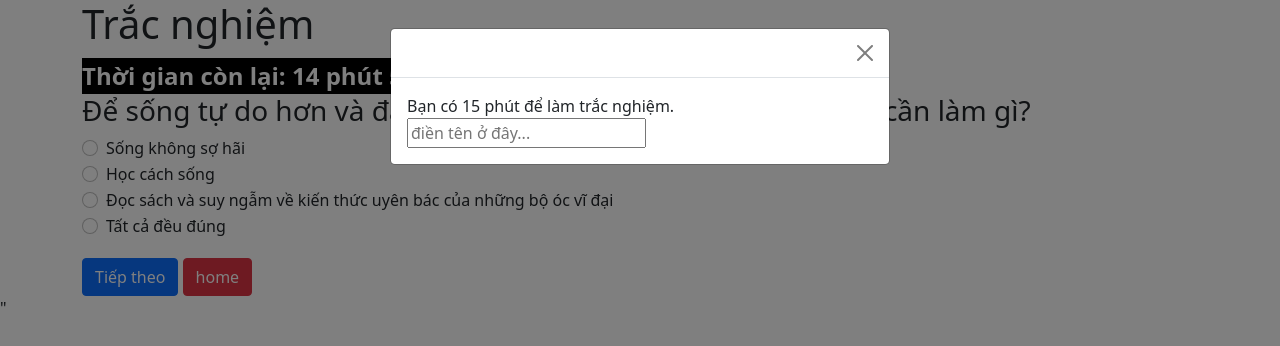
Repository: tran-thien-nhan/quiz_tlln
Page: daily_stoic_quiz.html
An editor plug-in stored every save of this project. The page is shown before and after the next save, followed by the edit.
The browser window is 1280 px wide. The pictures show the whole page.

Above is the page before, as saved 2023-06-25 20:49:27.

### daily_stoic_quiz.html
<!DOCTYPE html>
<html lang="en">

<head>
    <meta charset="UTF-8">
    <meta name="viewport" content="width=device-width, initial-scale=1.0">
    <title>Trắc nghiệm</title>
    <link rel="stylesheet" href="https://cdnjs.cloudflare.com/ajax/libs/bootstrap/5.0.2/css/bootstrap.min.css">
    <style>
        .question {
            margin-bottom: 20px;
        }
    </style>
</head>

<body>
    <div class="container">
        <h1>Trắc nghiệm</h1>
        <div id="timeclock"></div>
        <div class="question" id="questionContainer">
            <h3 id="question"></h3>
            <img src="" alt="" id="image" style="display: none; width: 20rem; height: 10rem;"> <!-- Thêm thẻ <img> để hiển thị hình ảnh -->
            <div class="form-check">
                <input class="form-check-input" type="radio" name="answer" id="answer1">
                <label class="form-check-label" for="answer1" id="answerText1"></label>
            </div>
            <div class="form-check">
                <input class="form-check-input" type="radio" name="answer" id="answer2">
                <label class="form-check-label" for="answer2" id="answerText2"></label>
            </div>
            <div class="form-check">
                <input class="form-check-input" type="radio" name="answer" id="answer3">
                <label class="form-check-label" for="answer3" id="answerText3"></label>
            </div>
            <div class="form-check">
                <input class="form-check-input" type="radio" name="answer" id="answer4">
                <label class="form-check-label" for="answer4" id="answerText4"></label>
            </div>
            <span id="result"></span>
        </div>

        <button class="btn btn-primary" id="nextButton">Tiếp theo</button>
        <span id="score"></span>
        <a href="index.html" class="btn btn-danger" id="home">home</a>
    </div>

    <!-- Modal -->
    <div class="modal fade" id="myModal" tabindex="-1" aria-labelledby="exampleModalLabel" aria-hidden="true">
        <div class="modal-dialog">
            <div class="modal-content">
                <div class="modal-header">
                    <button type="button" class="btn-close" data-bs-dismiss="modal" aria-label="Close"></button>
                </div>
                <div class="modal-body">
                    Bạn có 15 phút để làm trắc nghiệm.
                    <input type="text" id="userNameInput" placeholder="điền tên ở đây...">
                </div>
            </div>
        </div>
    </div>

    <script src="https://cdnjs.cloudflare.com/ajax/libs/bootstrap/5.0.2/js/bootstrap.bundle.min.js"></script>
    <script>
        // Đọc câu hỏi từ tệp JSON
        fetch("daily_stoic.json")
            .then(response => response.json())
            .then(data => {
                const questions = data.questions;

                // Lấy ngẫu nhiên 20 câu hỏi
                const randomQuestions = getRandomElements(questions, 3);

                let currentQuestionIndex = 0;
                let score = 0;
                let timeRemaining = 900; // 15 phút * 60 giây = 900 giây

                const questionContainer = document.getElementById("questionContainer");
                const questionElement = document.getElementById("question");
                const imageElement = document.getElementById("image");
                const answerTextElements = [
                    document.getElementById("answerText1"),
                    document.getElementById("answerText2"),
                    document.getElementById("answerText3"),
                    document.getElementById("answerText4")
                ];
                const resultElement = document.getElementById("result");
                const nextButton = document.getElementById("nextButton");
                const scoreElement = document.getElementById("score");

                // Cập nhật câu hỏi và câu trả lời
                function updateQuestion() {
                    const question = randomQuestions[currentQuestionIndex];
                    questionElement.textContent = question.question;
                    resultElement.textContent = "";

                    // Kiểm tra xem câu hỏi có hình ảnh hay không
                    if (question.hasOwnProperty("image") && question.image !== "") {
                        imageElement.style.display = "block"; // Hiển thị thẻ <img>
                        imageElement.src = question.image; // Đặt đường dẫn hình ảnh
                    } else {
                        imageElement.style.display = "none"; // Ẩn thẻ <img> nếu không có hình ảnh
                    }

                    for (let i = 0; i < answerTextElements.length; i++) {
                        answerTextElements[i].textContent = question.choices[i];
                    }
                }

                // Kiểm tra câu trả lời
                function checkAnswer() {
                    const question = randomQuestions[currentQuestionIndex];
                    const selectedAnswer = document.querySelector('input[name="answer"]:checked');

                    if (selectedAnswer) {
                        const selectedAnswerText = selectedAnswer.nextElementSibling.textContent;

                        if (selectedAnswerText === question.correctAnswer) {
                            score += 1;
                            resultElement.textContent = "Đúng";
                            resultElement.style.color = "green";
                        } else {
                            resultElement.textContent = "Sai";
                            resultElement.style.color = "red";
                        }

                        setTimeout(() => {
                            currentQuestionIndex++;

                            if (currentQuestionIndex < randomQuestions.length) {
                                updateQuestion();
                                selectedAnswer.checked = false;
                                nextButton.disabled = true;
                                setTimeout(() => {
                                    nextButton.disabled = false;
                                }, 200);
                            } else {
                                clearInterval(timerInterval);
                                questionContainer.style.display = "none";
                                nextButton.style.display = "none";
                                const finalScore = (score / randomQuestions.length) * 10;
                                scoreElement.textContent = `Tổng điểm: ${finalScore.toFixed(1)}`;
                                scoreElement.style.display = "block";
                                scoreElement.style.fontWeight = "bold";

                                if (finalScore > 5) {
                                    scoreElement.style.color = "green"; // Màu xanh lá cây nếu tổng điểm lớn hơn 5
                                } else {
                                    scoreElement.style.color = "red"; // Màu đỏ nếu tổng điểm nhỏ hơn hoặc bằng 5
                                }

                                scoreElement.style.fontSize = "2rem";

                                if (timeRemaining === 0) {
                                    questionContainer.style.display = "none";
                                    nextButton.style.display = "none";
                                } else {
                                    questionContainer.style.display = "none";
                                    nextButton.style.display = "none";
                                    const minutes = Math.floor((15 * 60 - timeRemaining) / 60);
                                    const seconds = (15 * 60 - timeRemaining) % 60;
                                    timerElement.textContent = `Bạn đã làm xong trong: ${minutes} phút ${seconds} giây`;
                                    timerElement.style.backgroundColor = "white";
                                    timerElement.style.color = "black";
                                }
                            }
                        }, 200);
                    }
                }

                // Xử lý sự kiện khi nhấn nút "Tiếp theo"
                nextButton.addEventListener("click", () => {
                    checkAnswer();
                });

                // Bắt đầu trắc nghiệm
                updateQuestion();

                // Đồng hồ đếm ngược
                const timerElement = document.createElement("div");
                timerElement.style.fontSize = "24px";
                timerElement.style.fontWeight = "bold";
                timerElement.style.marginTop = "10px";
                timerElement.style.textAlign = "center";
                timerElement.style.color = "white";
                timerElement.style.backgroundColor = "black";
                timerElement.style.width = "fit-content";
                timeclock.appendChild(timerElement);

                const timerInterval = setInterval(() => {
                    timeRemaining--;
                    const minutes = Math.floor(timeRemaining / 60);
                    const seconds = timeRemaining % 60;
                    timerElement.textContent = `Thời gian còn lại: ${minutes} phút ${seconds} giây`;

                    if (timeRemaining === 0) {
                        clearInterval(timerInterval);
                        questionContainer.style.display = "none";
                        nextButton.style.display = "none";
                        const finalScore = (score / randomQuestions.length) * 10;
                        scoreElement.textContent = `Tổng điểm: ${finalScore.toFixed(1)}`;
                        scoreElement.style.display = "block";
                        scoreElement.style.fontWeight = "bold";
                        scoreElement.style.color = "red";
                        scoreElement.style.fontSize = "2rem";
                    }
                }, 1000);

                // Hiển thị modal thông báo
                const modal = new bootstrap.Modal(document.getElementById("myModal"));
                modal.show();

                // Tự động đóng modal sau 3 giây
                setTimeout(() => {
                    modal.hide();
                }, 20000);
            })
            .catch(error => {
                console.error("Error:", error);
            });

        // Hàm lấy ngẫu nhiên các phần tử từ một mảng
        function getRandomElements(array, numElements) {
            const shuffledArray = array.sort(() => Math.random() - 0.5);
            return shuffledArray.slice(0, numElements);
        }
    </script>
</body>

</html>"

### daily_stoic.json
{
    "questions": [
      {
        "question": "Công việc quan trọng hàng đầu trong đời là gì?",
        "image": "",
        "choices": [
          "Nhận diện và phân biệt được những vấn đề",
          "Kiểm soát yếu tố ngoại cảnh",
          "Quyết định cho chính mình",
          "Thay đổi tương lai"
        ],
        "correctAnswer": "Nhận diện và phân biệt được những vấn đề"
      },
      {
        "question": "Theo Epictetus, nhận diện tốt xấu là để nhận diện điều gì?",
        "image": "",
        "choices": [
          "Nhận diện tốt xấu của người khác",
          "Nhận diện tốt xấu của yếu tố ngoại cảnh",
          "Nhận diện tốt xấu cho quyết định của chính mình",
          "Nhận diện tốt xấu của tương lai"
        ],
        "correctAnswer": "Nhận diện tốt xấu cho quyết định của chính mình"
      },
      {
        "question": "Công việc quan trọng nhất trong việc thực hành Chủ nghĩa Khắc kỷ là gì?",
        "image": "",
        "choices": [
          "Phân biệt những thứ không thể thay đổi và những thứ có thể thay đổi",
          "Chỉ phân biệt những thứ có thể thay đổi",
          "Kiểm soát những thứ nằm ngoài tầm kiểm soát",
          "Thay đổi tương lai"
        ],
        "correctAnswer": "Phân biệt những thứ không thể thay đổi và những thứ có thể thay đổi"
      },
      {
        "question": "Điều gì là không thể thay đổi và không thể kiểm soát?",
        "image": "",
        "choices": [
          "Thời tiết, chiều cao",
          "Quốc gia sinh ra, sự thích hợp của người khác",
          "Điều kiện gia đình, tuổi tác",
          "cả 3 điều trên"
        ],
        "correctAnswer": "cả 3 điều trên"
      },
      {
        "question": "Lời nguyện An tĩnh được nhắm đến việc gì?",
        "image": "",
        "choices": [
          "Nhận diện được những điều không thể thay đổi",
          "Nhận diện được những điều có thể thay đổi",
          "Nhận diện được hai điều trên",
          "Nhận diện được tương lai"
        ],
        "correctAnswer": "Nhận diện được hai điều trên"
      },
      {
        "question": "Người nghiện ngập ở hiện tại có thể thay đổi được điều gì?",
        "image": "",
        "choices": [
          "Quá khứ, lựa chọn của mình",
          "Qúa khứ, tương lai",
          "Tương lai, sức mạnh hiện tại",
          "Quá khứ, hiện tại"
        ],
        "correctAnswer": "Tương lai, sức mạnh hiện tại"
      },
      {
        "question": "Điều gì sẽ xảy ra nếu chúng ta tập trung vào việc xác định những thứ nằm trong và ngoài tầm kiểm soát của bản thân?",
        "image": "",
        "choices": [
          "Chúng ta sẽ trở nên hạnh phúc hơn",
          "Chúng ta sẽ có lợi thế hơn so với những người đấu tranh trong vô vọng",
          "Chúng ta sẽ đấu tranh trong vô vọng",
          "Chúng ta sẽ tìm ra sự thay đổi"
        ],
        "correctAnswer": "Chúng ta sẽ có lợi thế hơn so với những người đấu tranh trong vô vọng"
      },
      {
        "question": "Thành quả của việc thực hiện theo lời dạy của epictetus là gì trong GIÁO DỤC LÀ TỰ DO ?",
        "image": "",
        "choices": [
          "Sự thanh thản",
          "Lòng dũng cảm",
          "Sự tự do",
          "Tất cả đều đúng"
        ],
        "correctAnswer": "Tất cả đều đúng"
      },
      {
        "question": "Đặt niềm tin vào ai trong việc được giáo dục đúng cách?",
        "image": "",
        "choices": [
          "Kẻ tự do",
          "Những người trân quý kiến thức thật sự",
          "Số đông",
          "Tất cả đều sai"
        ],
        "correctAnswer": "Những người trân quý kiến thức thật sự"
      },
      {
        "question": "Để sống tự do hơn và đạt được trạng thái bình yên, chúng ta cần làm gì?",
        "image": "",
        "choices": [
          "Sống không sợ hãi",
          "Học cách sống",
          "Đọc sách và suy ngẫm về kiến thức uyên bác của những bộ óc vĩ đại",
          "Tất cả đều đúng"
        ],
        "correctAnswer": "Tất cả đều đúng"
      },
      {
        "question": "Việc tự học và tiếp thu kiến thức được coi như chìa khóa dẫn đến điều gì?",
        "image": "",
        "choices": [
          "Tự do",
          "Kiến thức",
          "Sự uyên bác",
          "Trạng thái bình yên"
        ],
        "correctAnswer": "Tự do"
      },
      {
        "question": "Điều gì sẽ xảy ra nếu chúng ta không nhận thức được những gì mình đã đánh mất?",
        "image": "",
        "choices": [
          "Chúng ta sẽ sống bình thường",
          "Chúng ta sẽ chết dần chết mòn",
          "Chúng ta sẽ tìm lại được những gì đã mất",
          "Chúng ta sẽ hối tiếc"
        ],
        "correctAnswer": "Chúng ta sẽ chết dần chết mòn"
      },
      {
        "question": "Trước những thứ không quan trọng, chúng ta nên làm gì để lấy lại chút thời gian?",
        "image": "",
        "choices": [
          "Nói 'Không'",
          "Tham gia với số đông",
          "Tự hỏi làm sao để kiểm soát kỹ",
          "Hối tiếc về những điều đã làm"
        ],
        "correctAnswer": "Nói 'Không'"
      },
      {
        "question": "Nói 'Không' trước những thứ không quan trọng có thể gây hại đến ai?",
        "image": "",
        "choices": [
          "Bản thân chúng ta",
          "Những người khác",
          "Không có ai",
          "Chúng ta sẽ cảm thấy tổn thương"
        ],
        "correctAnswer": "Những người khác"
      },
      {
        "question": "Việc từ chối những thứ không quan trọng cho phép chúng ta có thời gian cho điều gì?",
        "image": "",
        "choices": [
          "Những điều thật sự cần thiết",
          "Sống và tận hưởng cuộc sống của chính mình",
          "Cuộc sống bình thường",
          "Đạt được thành công"
        ],
        "correctAnswer": "Sống và tận hưởng cuộc sống của chính mình"
      },
      {
        "question": "Ba nguyên tắc quan trọng nhất trong triết lý Khắc kỷ là gì?",
        "image": "",
        "choices": [
          "Nhận thức, hành động, ý chí",
          "Chắc chắn, hành động, biết ơn",
          "Kiểm soát nhận thức, hành động đúng đắn, sẵn lòng chấp nhận",
          "Kiểm soát, hành động, triết lý"
        ],
        "correctAnswer": "Kiểm soát nhận thức, hành động đúng đắn, sẵn lòng chấp nhận"
      },
      {
        "question": "Theo triết lý Khắc kỷ, điều gì là thiết yếu trong việc kiểm soát nhận thức của bạn?",
        "image": "",
        "choices": [
          "Niềm tin độc đáo của các nhà Khắc kỷ",
          "Triết lý của Heraclitus và Zeno",
          "Sự phán xét ở thời điểm hiện tại",
          "Ý chí và ý thức của bản thân"
        ],
        "correctAnswer": "Sự phán xét ở thời điểm hiện tại"
      },
      {
        "question": "Hành động một cách đúng đắn là một trong ba phần thiết yếu của triết lý Khắc kỷ. Điều gì được ám chỉ bởi việc hành động đúng đắn?",
        "image": "",
        "choices": [
          "Tìm hiểu về Heraclitus và Zeno",
          "Đạt được sự phán xét chắc chắn",
          "Hành động vì lợi ích chung trong thời điểm hiện tại",
          "Thể hiện triết lý của các nhà Khắc kỷ"
        ],
        "correctAnswer": "Hành động vì lợi ích chung trong thời điểm hiện tại"
      },
      {
        "question": "Điều gì là sự chuẩn bị tinh thần quan trọng để chấp nhận những gì ngoài tầm kiểm soát của bạn?",
        "image": "",
        "choices": [
          "Sự biết ơn với mọi điều bạn đã nhận được",
          "Sự tận hưởng cuộc sống hàng ngày",
          "Ý chí và ý thức của bản thân",
          "Sự phán xét ở thời điểm hiện tại"
        ],
        "correctAnswer": "Sự biết ơn với mọi điều bạn đã nhận được"
      },
      {
        "question": "Bạn đến sân bay muộn và chuyến bay của bạn đã cất cánh. Bạn rất tức giận vì đã bỏ lỡ chuyến bay. Bạn nên làm gì?",
        "image": "",
        "choices": [
          "Gào thét vào mặt nhân viên đại diện của hãng hàng không",
          "Ngồi lại và suy nghĩ về những điều bạn có thể kiểm soát",
          "Hủy bỏ hành trình và trở về nhà",
          "Buồn bã và căng thẳng trong suốt cả ngày"
        ],
        "correctAnswer": "Ngồi lại và suy nghĩ về những điều bạn có thể kiểm soát"
      },
      {
        "question": "Bạn muốn thay đổi chiều cao của mình và nước sống ở một đất nước khác. Bạn nên làm gì?",
        "image": "",
        "choices": [
          "Cố gắng ước mơ và thay đổi chiều cao của mình",
          "Đau khổ vì không thể thay đổi điều đó",
          "Tìm hiểu về các phương pháp tăng chiều cao và di cư",
          "Chấp nhận chiều cao của mình và tận hưởng cuộc sống hiện tại"
        ],
        "correctAnswer": "Chấp nhận chiều cao của mình và tận hưởng cuộc sống hiện tại"
      },
      {
        "question": "Bạn muốn có một người bạn đồng hành và thích bạn. Bạn nên làm gì?",
        "image": "",
        "choices": [
          "Cố gắng làm cho người đó thích bạn",
          "Đau khổ vì không thể khiến người đó thích bạn",
          "Tự thay đổi và cải thiện bản thân để thu hút người khác",
          "Chấp nhận sự thật rằng không thể khiến một người thích mình"
        ],
        "correctAnswer": "Tự thay đổi và cải thiện bản thân để thu hút người khác"
      },
      {
        "question": "Bạn đã trải qua quá khứ đau khổ và gặp rắc rối trong cuộc sống. Bạn nên làm gì?",
        "image": "",
        "choices": [
          "Mắc kẹt trong quá khứ và không thể thay đổi điều đó",
          "Ngồi lại suy nghĩ về quá khứ và phàn nàn",
          "Chấp nhận quá khứ và tập trung vào tương lai",
          "Buồn bã và cảm thấy vô vọng"
        ],
        "correctAnswer": "Chấp nhận quá khứ và tập trung vào tương lai"
      },
      {
        "question": "Theo ý kiến của Seneca, điều gì là nguyên nhân khiến con người trở nên điên dại?",
        "image": "",
        "choices": [
          "Quan điểm sai lệch về những thứ mà họ hướng tới",
          "Sự việc mà họ muốn đạt được",
          "Không có kế hoạch từ đầu đến cuối",
          "Tâm trạng chán nản"
        ],
        "correctAnswer": "Quan điểm sai lệch về những thứ mà họ hướng tới"
      },
      {
        "question": "Theo Robert Greene, việc lập kế hoạch từ đầu đến cuối có tác dụng gì?",
        "image": "",
        "choices": [
          "Tránh choáng ngợp bởi hoàn cảnh",
          "Đạt được kết quả tốt nhất",
          "Đảm bảo sự thành công",
          "Hạn chế thất bại"
        ],
        "correctAnswer": "Tránh choáng ngợp bởi hoàn cảnh"
      },
      {
        "question": "Thói quen thứ hai trong 7 Thói quen của người thành đạt là gì?",
        "image": "",
        "choices": [
          "Bắt đầu với một cái kết trong tâm trí",
          "Lập kế hoạch chi tiết từ đầu đến cuối",
          "Hình dung ra cái kết trong đầu",
          "Đặt mục tiêu cụ thể"
        ],
        "correctAnswer": "Bắt đầu với một cái kết trong tâm trí"
      },
      {
        "question": "Theo nhà Khắc kỷ, sự lạc lối và hỗn loạn trong hành vi xảy ra khi?",
        "image": "",
        "choices": [
          "Không có những nỗ lực hướng vào nguyên nhân và mục đích",
          "Quá tập trung vào kế hoạch từ đầu đến cuối",
          "Chịu trách nhiệm với những xao nhãng trong tâm hồn",
          "Không biết khi nào nói có và khi nào nói không"
        ],
        "correctAnswer": "Không có những nỗ lực hướng vào nguyên nhân và mục đích"
      },
      {
        "question": "khi mất đi sự định nghĩa, con người có thể bị lạc lối vào phương hướng nào?",
        "image": "",
        "choices": [
          "Phương hướng vô định",
          "Phương hướng cụ thể",
          "Phương hướng chính xác",
          "Phương hướng sáng suốt"
        ],
        "correctAnswer": "Phương hướng vô định"
      }
    ]
  }

After the next save:
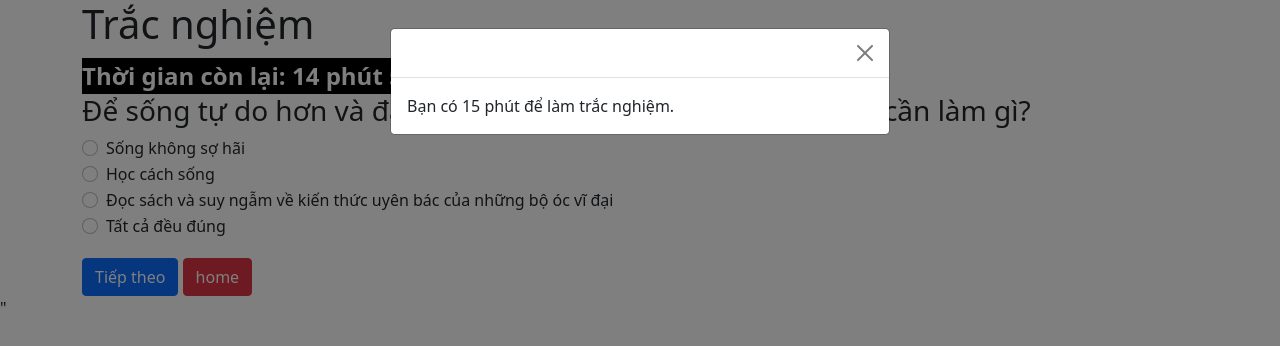
Console error: TypeError: Cannot read properties of null (reading 'addEventListener')
Saved 71 s later.
--- a/daily_stoic_quiz.html
+++ b/daily_stoic_quiz.html
@@ -16,10 +16,12 @@
 <body>
     <div class="container">
         <h1>Trắc nghiệm</h1>
+        <span id="username"></span>
         <div id="timeclock"></div>
         <div class="question" id="questionContainer">
             <h3 id="question"></h3>
-            <img src="" alt="" id="image" style="display: none; width: 20rem; height: 10rem;"> <!-- Thêm thẻ <img> để hiển thị hình ảnh -->
+            <img src="" alt="" id="image" style="display: none; width: 20rem; height: 10rem;">
+            <!-- Thêm thẻ <img> để hiển thị hình ảnh -->
             <div class="form-check">
                 <input class="form-check-input" type="radio" name="answer" id="answer1">
                 <label class="form-check-label" for="answer1" id="answerText1"></label>
@@ -53,7 +55,7 @@
                 </div>
                 <div class="modal-body">
                     Bạn có 15 phút để làm trắc nghiệm.
-                    <input type="text" id="userNameInput" placeholder="điền tên ở đây...">
+                    <!-- <input type="text" id="userNameInput" placeholder="điền tên ở đây..."> -->
                 </div>
             </div>
         </div>
@@ -223,6 +225,21 @@
             const shuffledArray = array.sort(() => Math.random() - 0.5);
             return shuffledArray.slice(0, numElements);
         }
+
+        // Lấy đối tượng input và span tương ứng
+        const inputElement = document.querySelector("#myModal input[type='text']");
+        const usernameElement = document.querySelector("#username");
+
+        // Xử lý sự kiện khi nhấn phím Enter trong ô input
+        inputElement.addEventListener("keydown", function (event) {
+            if (event.key === "Enter") {
+                event.preventDefault(); // Ngăn chặn sự kiện mặc định của phím Enter
+                const username = inputElement.value;
+                usernameElement.textContent = `Tên: ${username}`;
+                inputElement.disabled = true; // Vô hiệu hóa ô input sau khi đã nhập tên
+            }
+        });
+
     </script>
 </body>
 

After the save that followed:
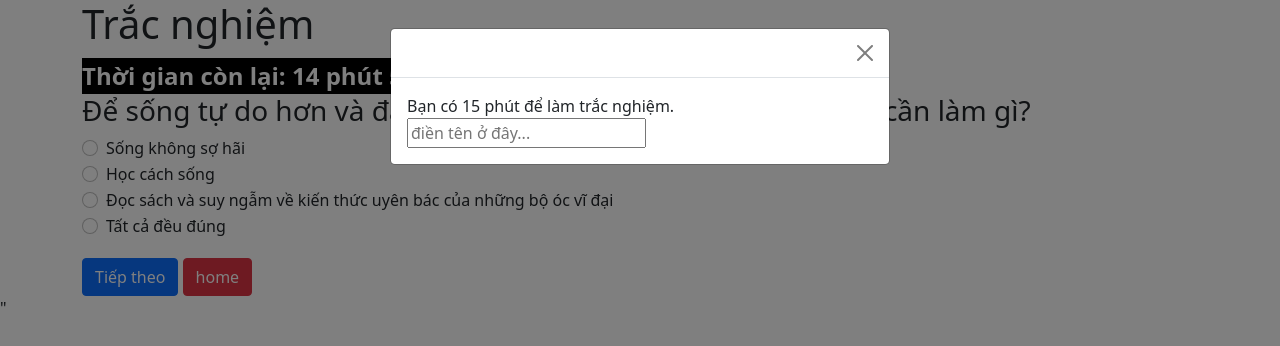
The error is gone.
Saved 51 s later.
--- a/daily_stoic_quiz.html
+++ b/daily_stoic_quiz.html
@@ -16,7 +16,6 @@
 <body>
     <div class="container">
         <h1>Trắc nghiệm</h1>
-        <span id="username"></span>
         <div id="timeclock"></div>
         <div class="question" id="questionContainer">
             <h3 id="question"></h3>
@@ -55,7 +54,8 @@
                 </div>
                 <div class="modal-body">
                     Bạn có 15 phút để làm trắc nghiệm.
-                    <!-- <input type="text" id="userNameInput" placeholder="điền tên ở đây..."> -->
+                    <input type="text" placeholder="điền tên ở đây...">
+                    <span id="username"></span>
                 </div>
             </div>
         </div>
